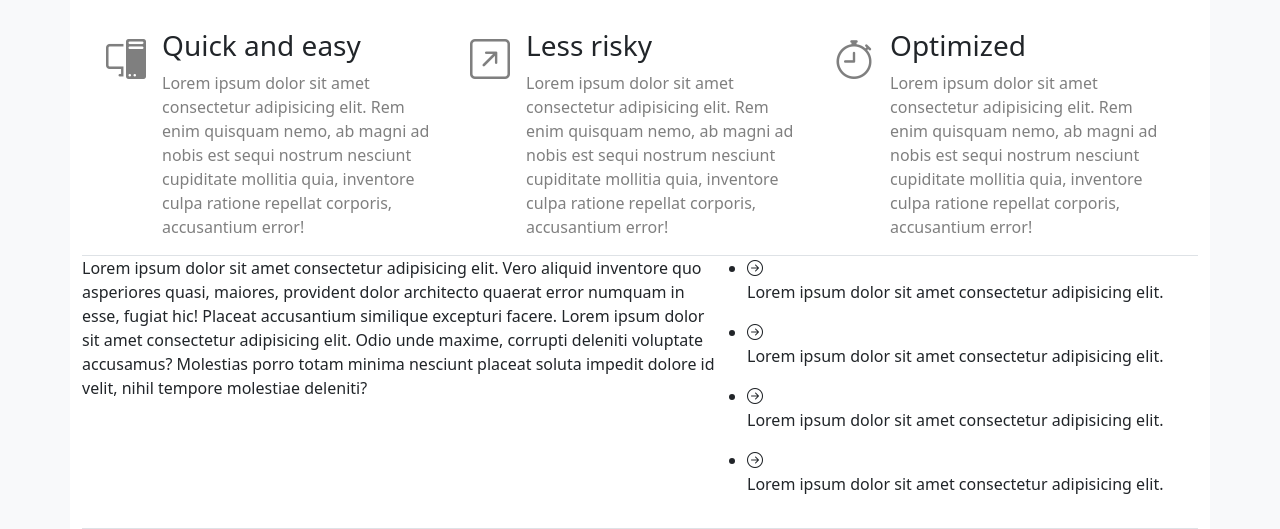
Repository: lyvandat/dh---bootstrap1
Page: index.html
The author's editor kept a copy of each file at every save. The page is drawn from the files as they stood at one save, then again after the next save.
The browser window is 1280 px wide. The pictures show the part of the page from y = 545 to 1074 px (the page is 1074 px tall).
A picture or video elsewhere on the page could not be fetched, so the positions and the page height are approximate. Some web libraries are served in a nearby version.

Above is the page before, as saved 2022-11-01 20:56:58.

After the next save:
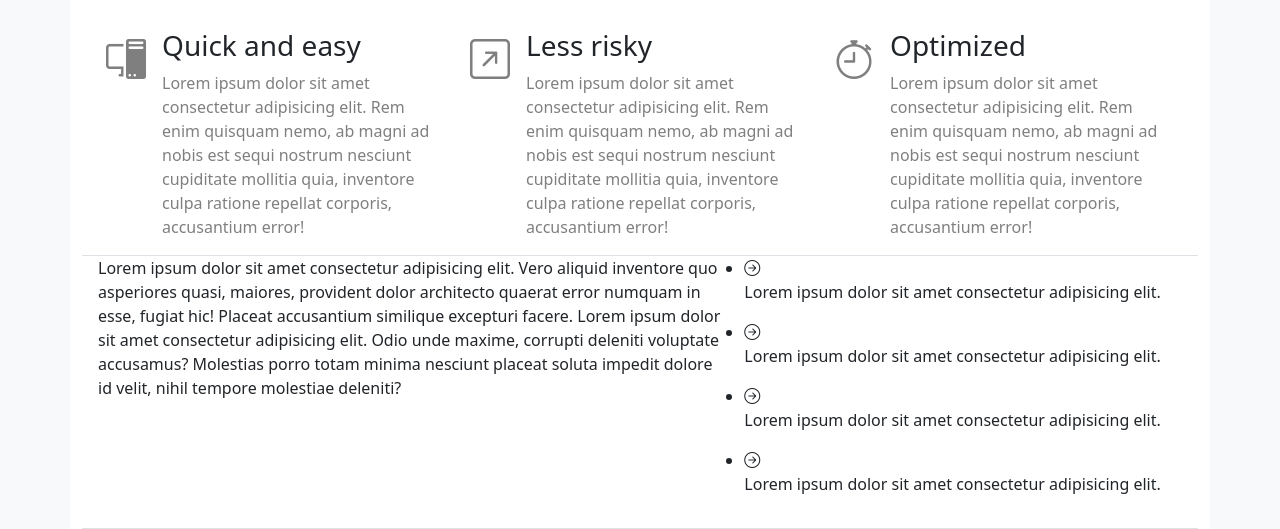
Saved 9 s later.
--- a/index.html
+++ b/index.html
@@ -103,7 +103,7 @@
       </section>
     </div>
     <div class="border-bottom border-gray">
-      <section class="row">
+      <section class="row px-3">
         <div class="col-7">Lorem ipsum dolor sit amet consectetur adipisicing elit. Vero aliquid inventore quo asperiores quasi, maiores, provident dolor architecto quaerat error numquam in esse, fugiat hic! Placeat accusantium similique excepturi facere. Lorem ipsum dolor sit amet consectetur adipisicing elit. Odio unde maxime, corrupti deleniti voluptate accusamus? Molestias porro totam minima nesciunt placeat soluta impedit dolore id velit, nihil tempore molestiae deleniti?</div>
         <ul class="col-5">
           <li>
